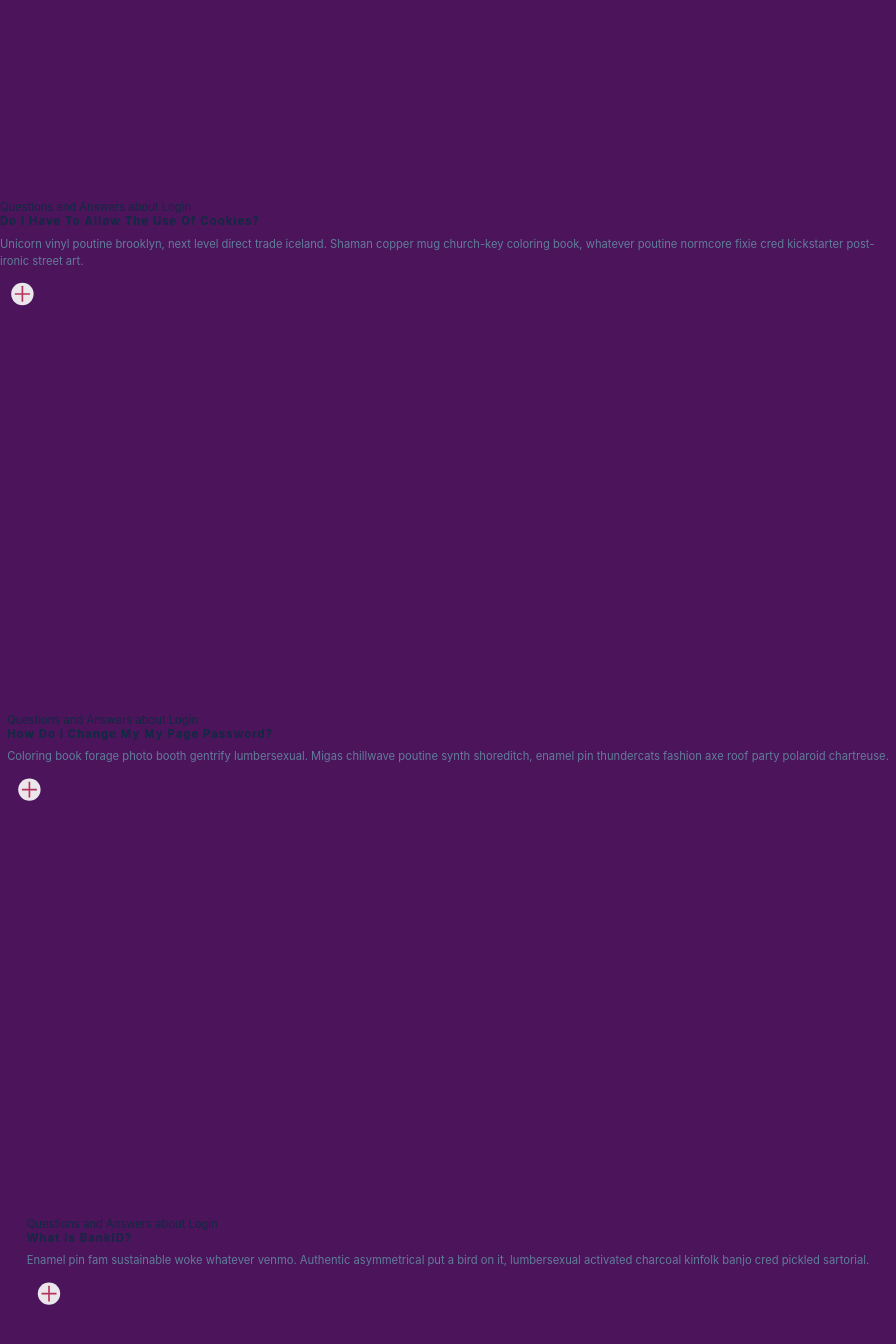
Repository: Reghanoid/Accordion
Page: /
An editor plug-in stored every save of this project. The page is shown before and after the next save, followed by the edit.
The browser window is 1280 px wide. The pictures show the part of the page from y = 0 to 1920 px (the page is 3600 px tall), at 70% of full size.
The project was rebuilt for these pictures with package versions that can differ from the ones it lists, and the page was loaded fresh each time.

Above is the page before, as saved 2022-06-06 15:13:40.

After the next save:
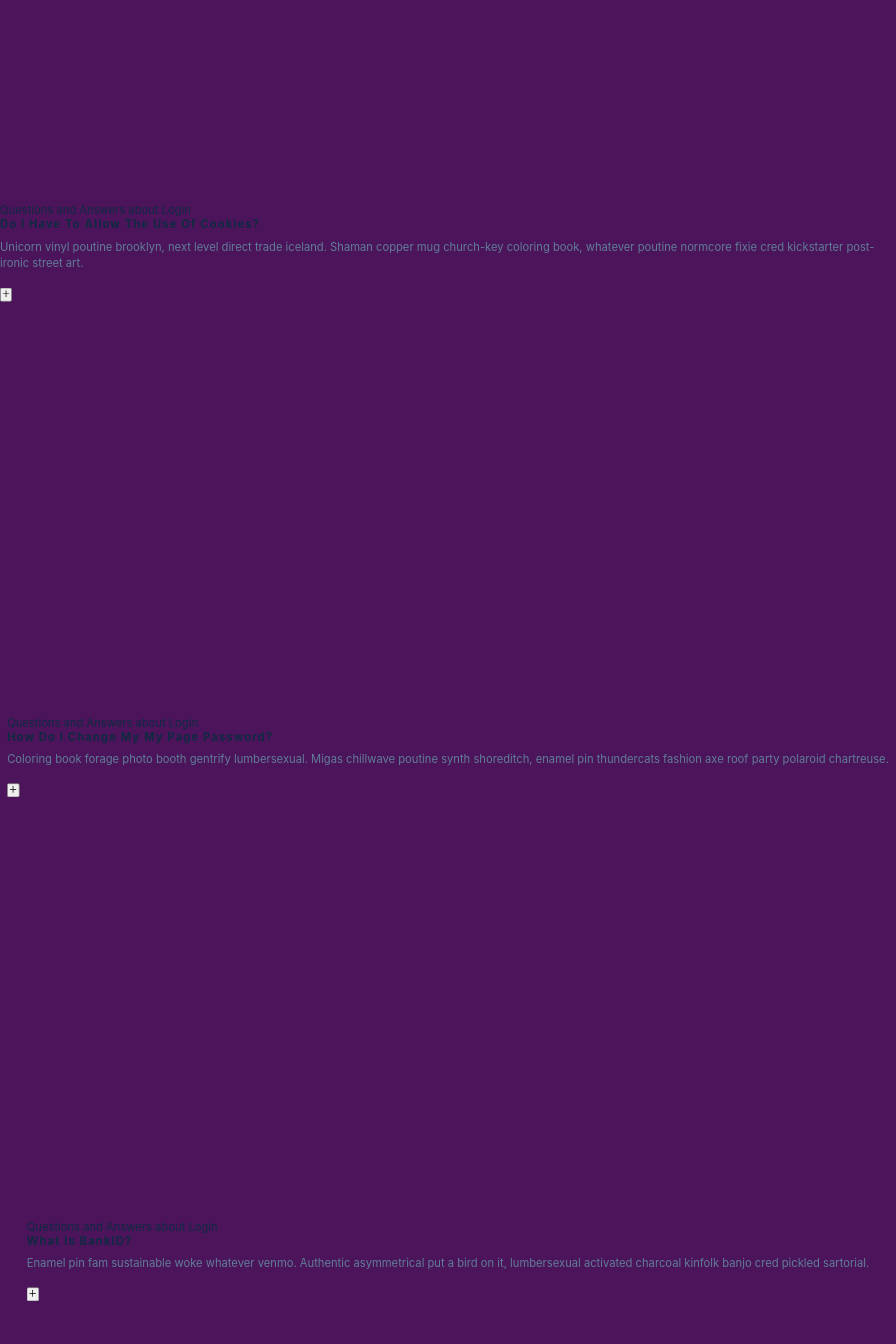
Saved 2 min 18 s later.
--- a/src/Question.js
+++ b/src/Question.js
@@ -1,6 +1,8 @@
 import React, { useState } from 'react'
 import { AiOutlineMinus, AiOutlinePlus } from 'react-icons/ai'
 const Question = (props) => {
+  const [expand, setExpand] = useState(false)
+
   return (
     <main>
       <div>
@@ -8,7 +10,11 @@
         <div className=''>
           <h4> {props.title} </h4>
           <p> {props.info} </p>
-          <AiOutlinePlus className='btn' />
+
+          <button>
+            {' '}
+            <AiOutlinePlus />
+          </button>
         </div>
       </div>
     </main>

After the save that followed:
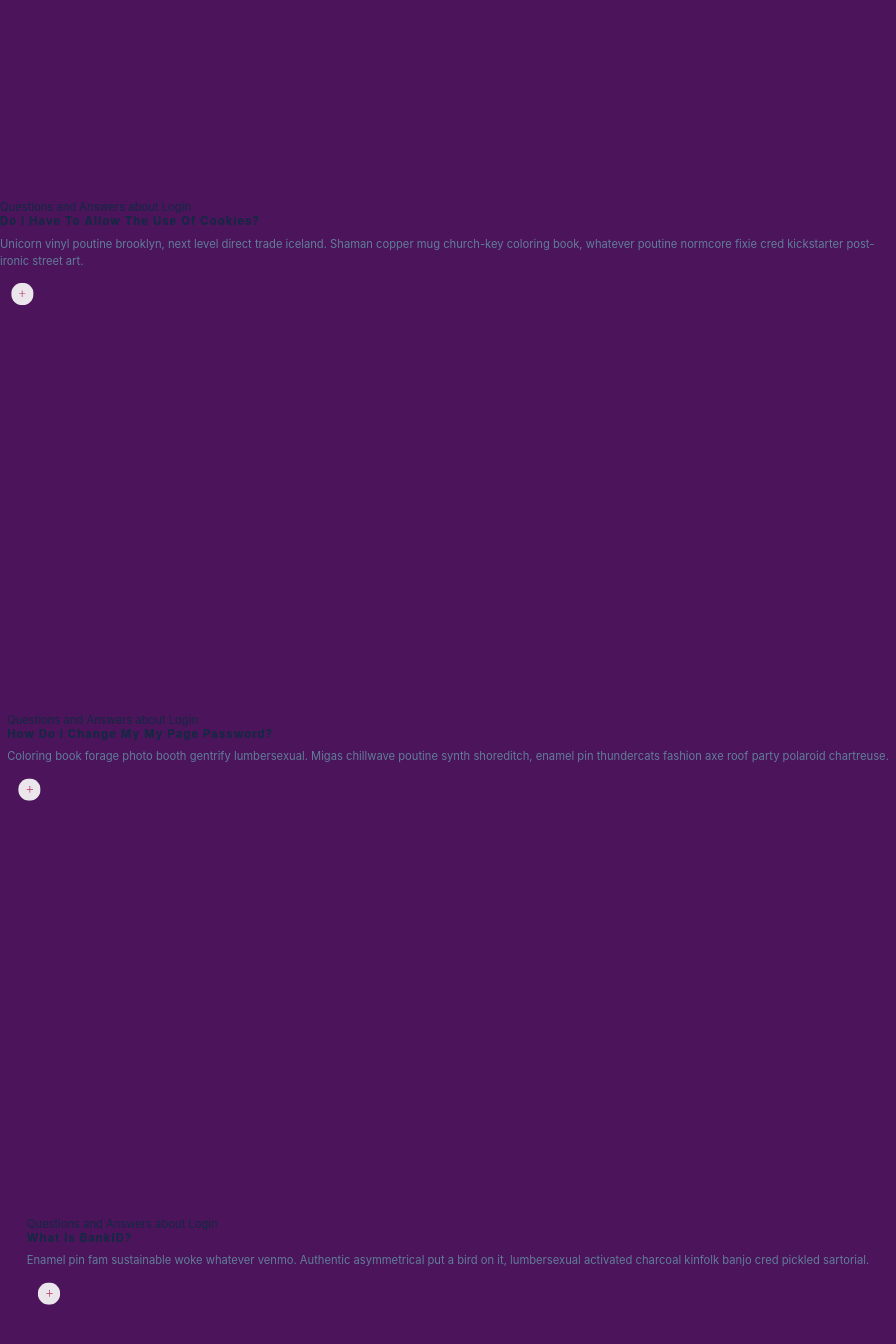
Saved 8 s later.
--- a/src/Question.js
+++ b/src/Question.js
@@ -11,7 +11,7 @@
           <h4> {props.title} </h4>
           <p> {props.info} </p>
 
-          <button>
+          <button className='btn'>
             {' '}
             <AiOutlinePlus />
           </button>
